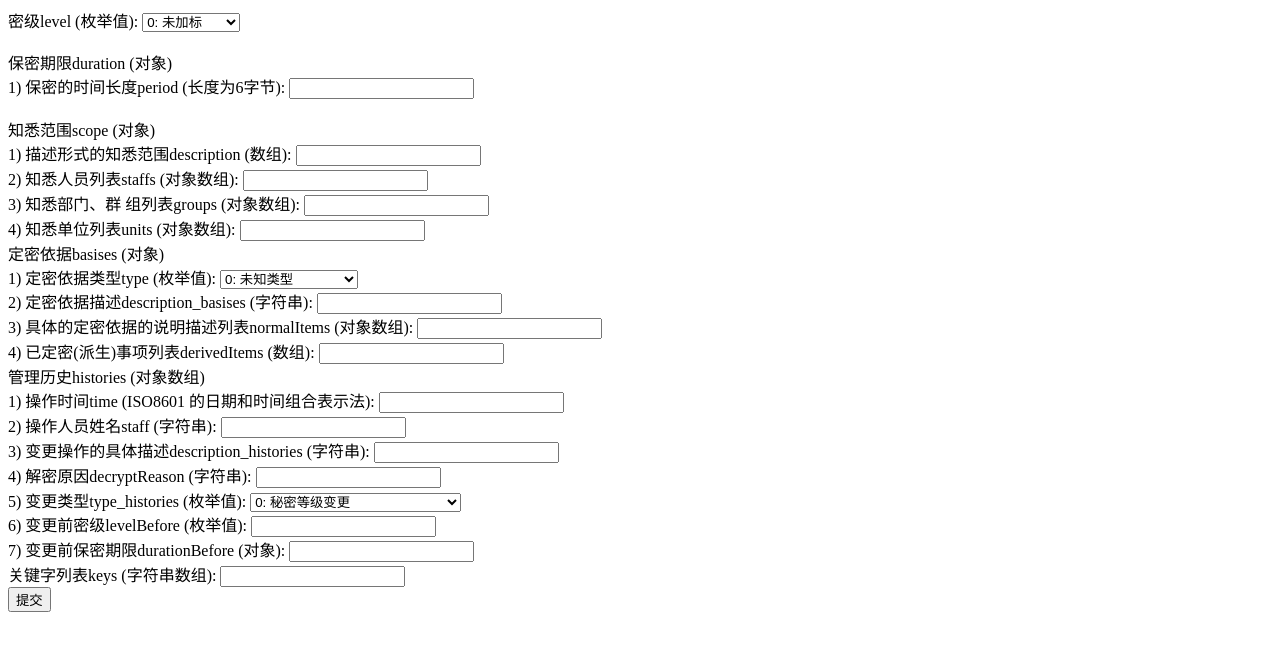
Repository: karlinglee93/eclipse-workspace
Page: jsp_test/WebContent/test_1.html
An editor plug-in stored every save of this project. The page is shown before and after the next save, followed by the edit.
The browser window is 1280 px wide. The pictures show the whole page.

Above is the page before, as saved 2018-07-05 01:47:23.

### jsp_test/WebContent/test_1.html
<!DOCTYPE html>
<html>
<head>
<meta charset="utf-8">
<title>Label</title>
</head>
<body>

<form action="main.jsp" method="GET">
密级level (枚举值):
<select name="level">
<option value="0">0: 未加标</option>
<option value="10">10: 国密公开</option>
<option value="11">11: 商密公开</option>
<option value="20">20: 国密内部</option>
<option value="21">21: 商密内部</option>
<option value="50">50: 普通商密</option>
<option value="80">80: 核心商密</option>
<option value="120">120: 秘密</option>
<option value="150">150: 机密</option>
<option value="180">180: 绝密</option>
</select>
<br />
<br />

保密期限duration (对象)
<br />
1) 保密的时间长度period (长度为6字节):
<input type="text" name="period" />
<br />
<br />

知悉范围scope (对象)
<br />
1) 描述形式的知悉范围description (数组):
<input type="text" name="description" />
<br />
2) 知悉人员列表staffs (对象数组):
<input type="text" name="staffs" />
<br />
3) 知悉部门、群 组列表groups (对象数组):
<input type="text" name="groups" />
<br />
4) 知悉单位列表units (对象数组):
<input type="text" name="units" />
<br />

定密依据basises (对象)
<br />
1) 定密依据类型type (枚举值):
<select name="type">
<option value="0">0: 未知类型</option>
<option value="10">10: 确定性定密事项</option>
<option value="50">50: 不明确事项</option>
<option value="90">90: 无权定密事项</option>
<option value="130">130: 派生定密事项</option>
</select>
<br />
2) 定密依据描述description_basises (字符串):
<input type="text" name="description_basises" />
<br />
3) 具体的定密依据的说明描述列表normalItems (对象数组):
<input type="text" name="normalItems" />
<br />
4) 已定密(派生)事项列表derivedItems (数组):
<input type="text" name="derivedItems" />
<br />

管理历史histories (对象数组)
<!-- 不足之处：
	1）levelBefore/durationBefore 与先前的取值完全相同，
		是否可用同一个关键字替代。
 -->
<br />
1) 操作时间time (ISO8601 的日期和时间组合表示法):
<input type="text" name="time" />
<br />
2) 操作人员姓名staff (字符串):
<input type="text" name="staff" />
<br />
3) 变更操作的具体描述description_histories (字符串):
<input type="text" name="description_histories" />
<br />
4) 解密原因decryptReason (字符串):
<input type="text" name="decryptReason" />
<br />
5) 变更类型type_histories (枚举值):
<select name="type_histories">
<option value="0">0: 秘密等级变更</option>
<option value="1">1: 保密期限变更</option>
<option value="3">3: 秘密等级变更及保密期限变更</option>
</select>
<br />
6) 变更前密级levelBefore (枚举值):
<input type="text" name="levelBefore" />
<br />
7) 变更前保密期限durationBefore (对象):
<input type="text" name="durationBefore" />
<br />

关键字列表keys (字符串数组):
<input type="text" name="keys">
<br />

<input type="submit" value="提交" />
</form>
</body>
</html>

After the next save:
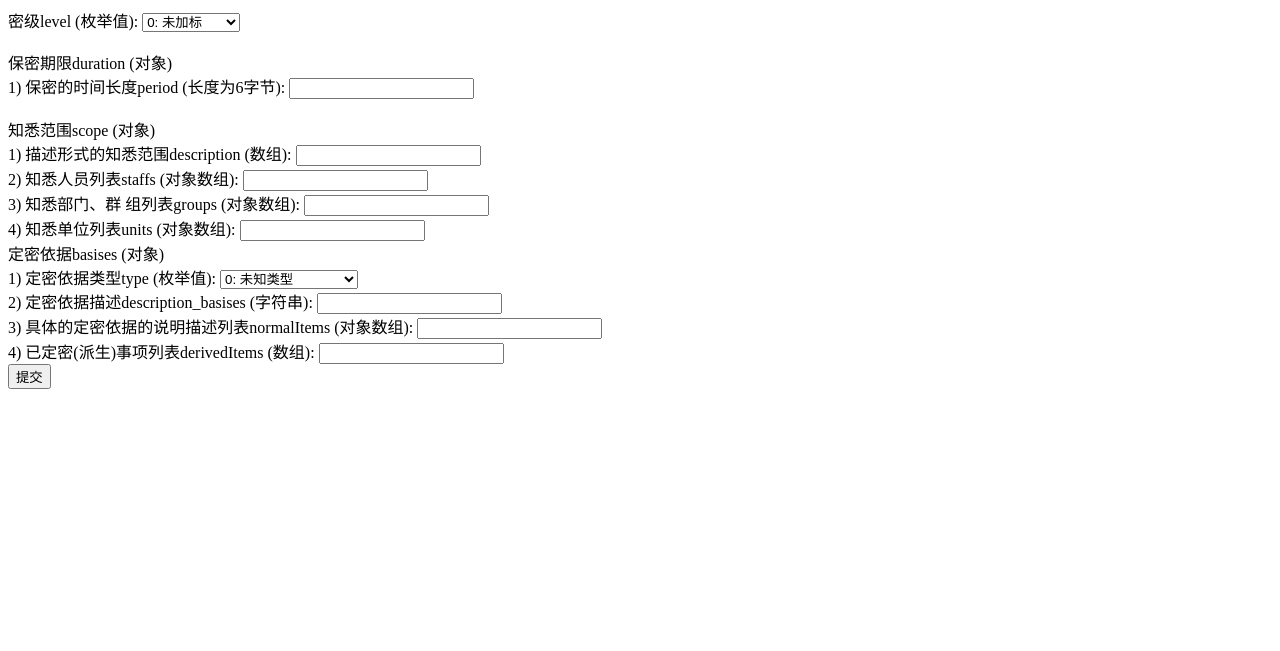
Saved 34 s later.
--- a/jsp_test/WebContent/test_1.html
+++ b/jsp_test/WebContent/test_1.html
@@ -66,42 +66,6 @@
 <input type="text" name="derivedItems" />
 <br />
 
-管理历史histories (对象数组)
-<!-- 不足之处：
-	1）levelBefore/durationBefore 与先前的取值完全相同，
-		是否可用同一个关键字替代。
- -->
-<br />
-1) 操作时间time (ISO8601 的日期和时间组合表示法):
-<input type="text" name="time" />
-<br />
-2) 操作人员姓名staff (字符串):
-<input type="text" name="staff" />
-<br />
-3) 变更操作的具体描述description_histories (字符串):
-<input type="text" name="description_histories" />
-<br />
-4) 解密原因decryptReason (字符串):
-<input type="text" name="decryptReason" />
-<br />
-5) 变更类型type_histories (枚举值):
-<select name="type_histories">
-<option value="0">0: 秘密等级变更</option>
-<option value="1">1: 保密期限变更</option>
-<option value="3">3: 秘密等级变更及保密期限变更</option>
-</select>
-<br />
-6) 变更前密级levelBefore (枚举值):
-<input type="text" name="levelBefore" />
-<br />
-7) 变更前保密期限durationBefore (对象):
-<input type="text" name="durationBefore" />
-<br />
-
-关键字列表keys (字符串数组):
-<input type="text" name="keys">
-<br />
-
 <input type="submit" value="提交" />
 </form>
 </body>
